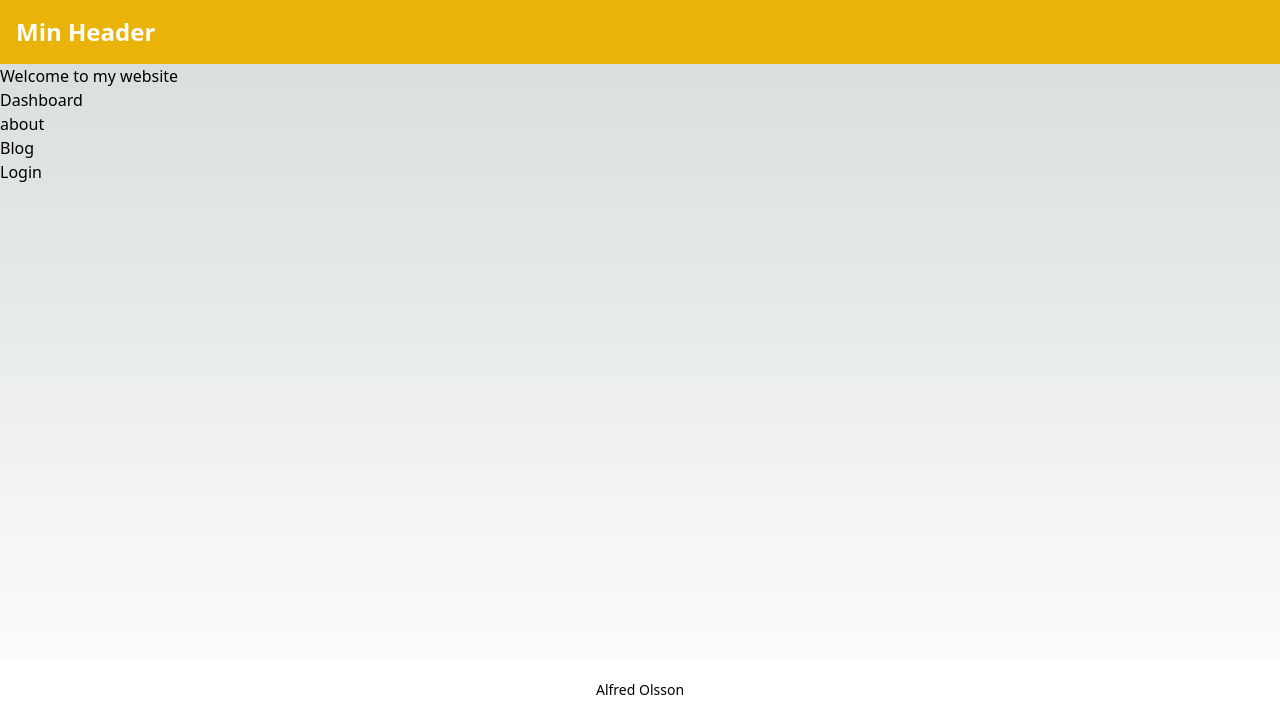
Repository: AlligatorAffe/NextWebsite
Page: /
These files come from the project's save history. The page is drawn as it stood at one moment and after a run of saves; the edit follows.
The browser window is 1280 px wide. The pictures show the whole page.
The project was rebuilt for these pictures with package versions that can differ from the ones it lists, and the page was loaded fresh each time. The framework's server and built-in components were replaced by stand-ins that run in the browser. Also part of the build but not shown: next.config.js.

Above is the page before, as saved 2024-01-04 21:29:33.

After the next 2 saves:
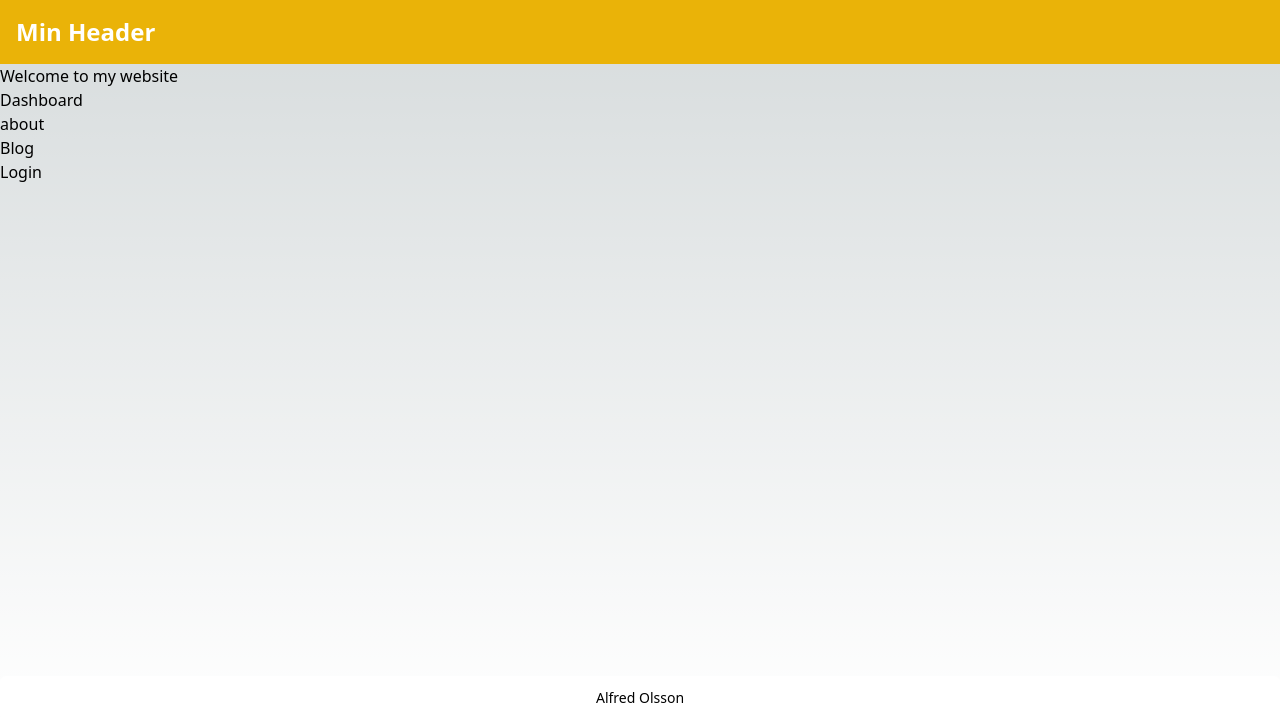
The 2 saves are shown as one change because they came seconds apart.
The last was saved 16 s later.
--- a/app/layout.tsx
+++ b/app/layout.tsx
@@ -55,7 +55,7 @@ export default function RootLayout({
           </header>
           {children}
         </div>
-        <footer className="bg-white rounded-md p-5">
+        <footer className="bg-white rounded-md p-3">
           <h3 className="text-black text-center text-sm">Alfred Olsson</h3>
         </footer>
       </body>
